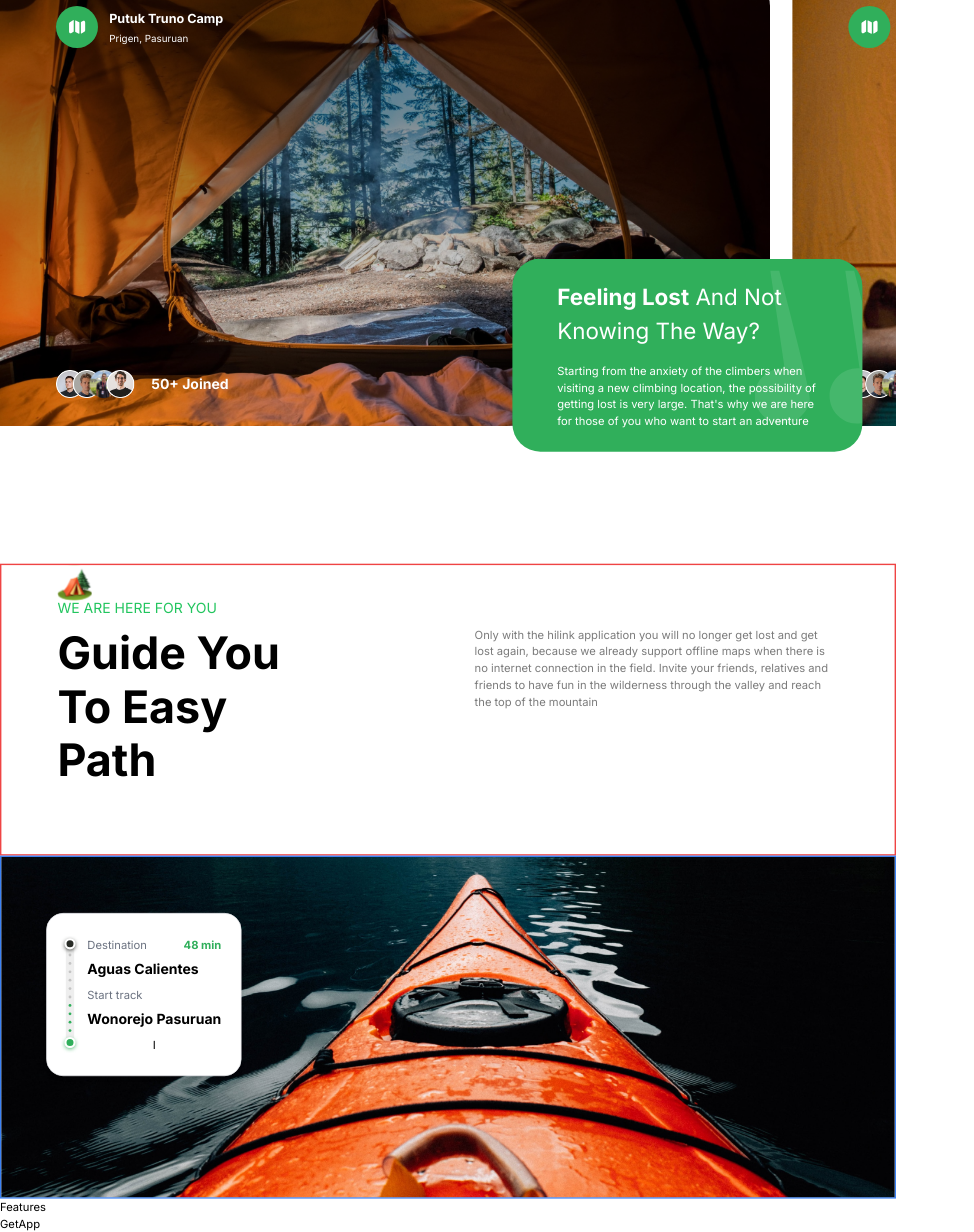
Repository: abdulrahmanmahmood/Travel-App
Page: /
An editor plug-in stored every save of this project. The page is shown before and after the next save, followed by the edit.
The browser window is 1280 px wide. The page is 1392 px wide, so the pictures cover 1392 px, including what lies to the right of the window. The pictures show the part of the page from y = 966 to 2726 px (the page is 2726 px tall), at 70% of full size.
The project was rebuilt for these pictures with package versions that can differ from the ones it lists, and the page was loaded fresh each time. The framework's server and built-in components were replaced by stand-ins that run in the browser. Also part of the build but not shown: next.config.js.

Above is the page before, as saved 2023-11-08 11:17:59.

After the next save:
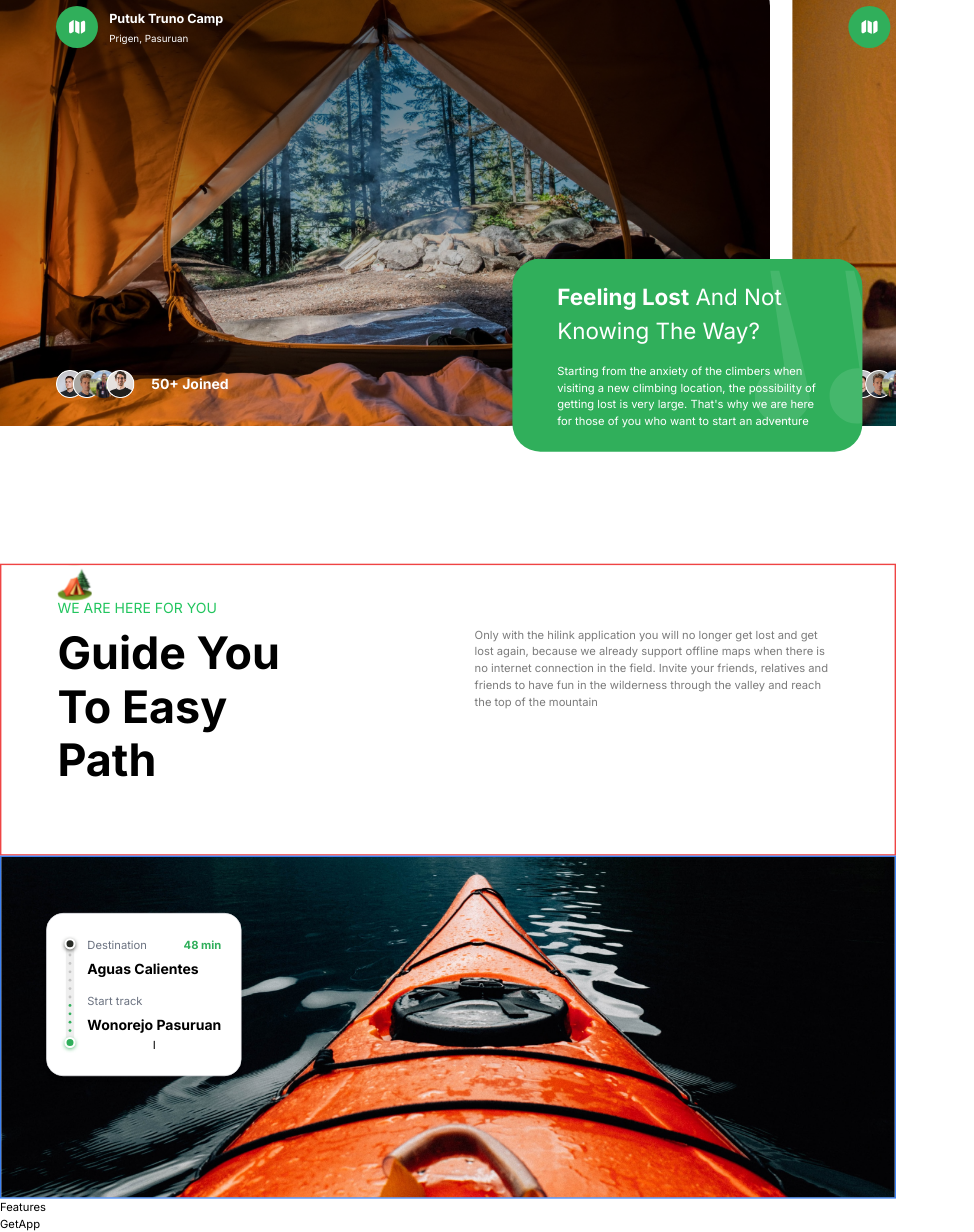
Saved 43 s later.
--- a/components/Guide.tsx
+++ b/components/Guide.tsx
@@ -40,7 +40,7 @@ function Guide() {
               <p className="bold-20 mt-2 ">Aguas Calientes</p>
             </div>
             <div className="flex w-full flex-col">
-              <p className="regular-16 text-gray-500">Start track</p>
+              <p className="regular-16 text-gray-500 mt-4">Start track</p>
               <h4 className="bold-20 mt-2 whitespace-nowrap">Wonorejo Pasuruan</h4>
             </div>
           I</div>
